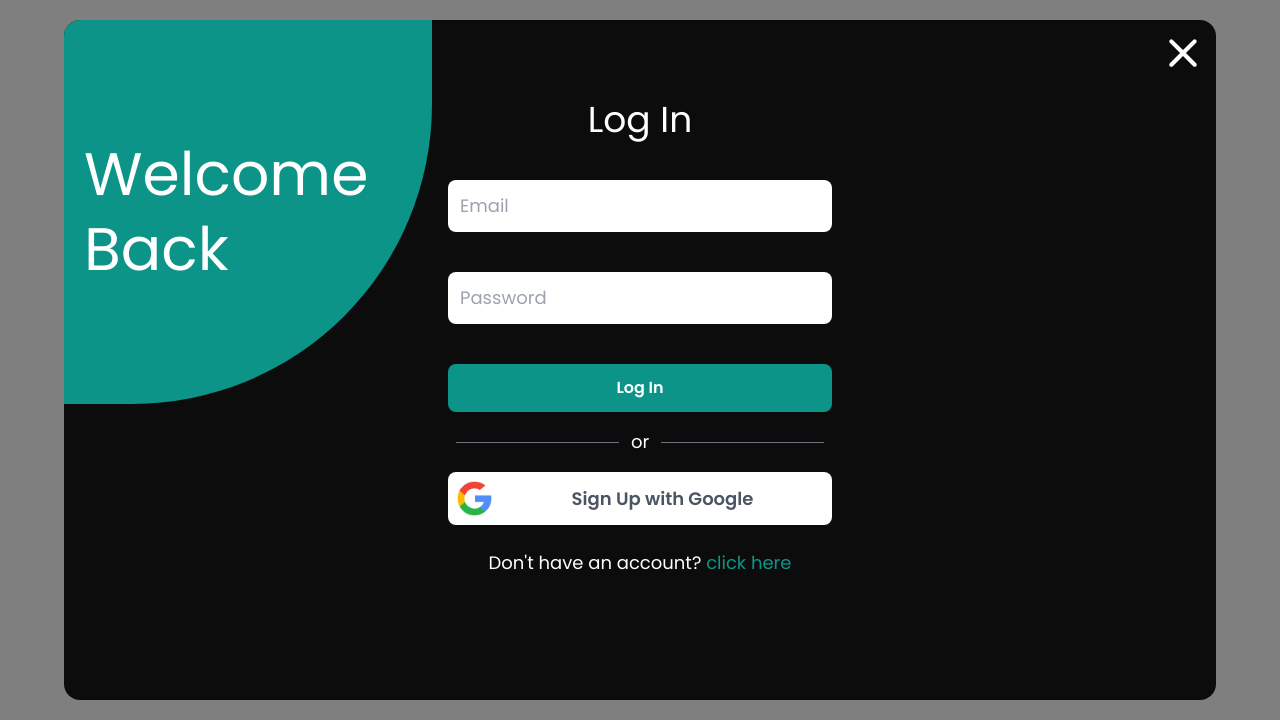
Repository: Ahmed77669/GT-Exams
Page: /
An editor plug-in stored every save of this project. The page is shown before and after the next save, followed by the edit.
The browser window is 1280 px wide. The pictures show the whole page.
The project was rebuilt for these pictures with package versions that can differ from the ones it lists, and the page was loaded fresh each time. The framework's server and built-in components were replaced by stand-ins that run in the browser. Also part of the build but not shown: next.config.mjs.

Above is the page before, as saved 2024-10-04 21:07:55.

After the next save:
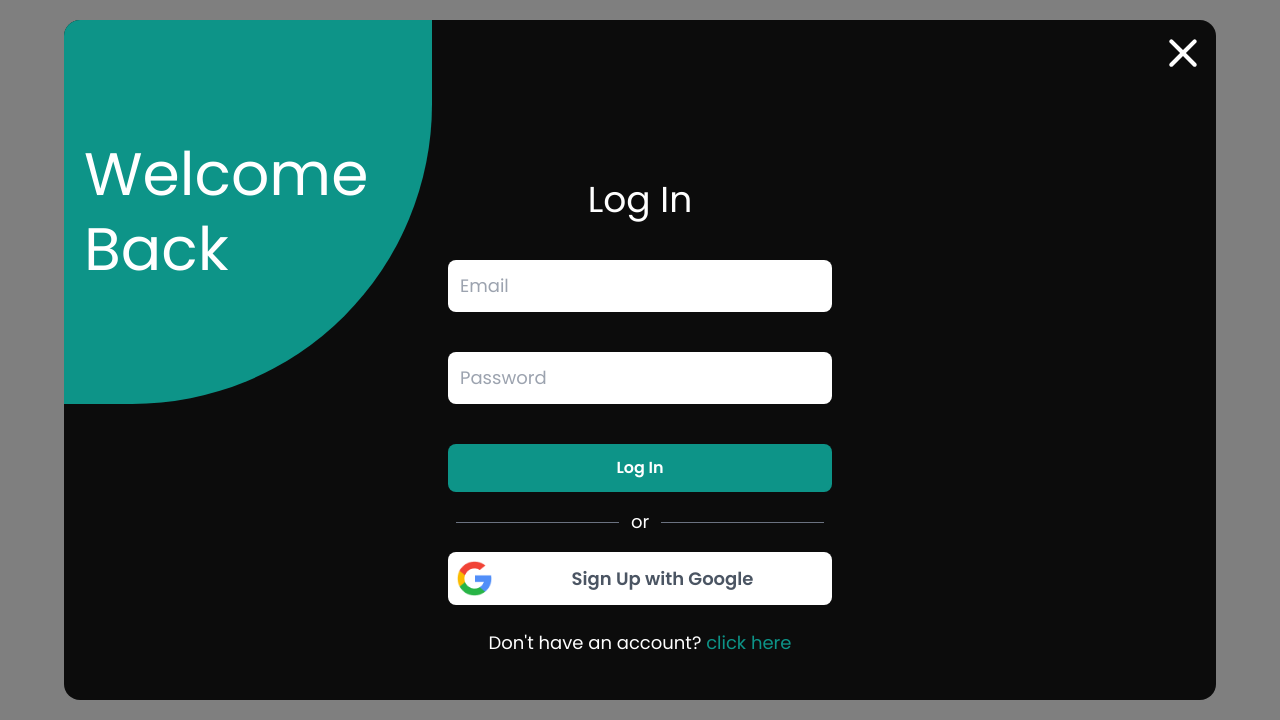
Saved 5 min 20 s later.
--- a/components/login.tsx
+++ b/components/login.tsx
@@ -43,7 +43,7 @@ const Login: React.FC<LoginProps> = ({ closeSignup, toggleForm }) => {
               <div className="bg-teal-600 w-full h-96 rounded-tl-2xl rounded-br-[300px] flex items-center">
                 <h1 className="text-6xl ml-5 leading-[1.25]">Welcome Back</h1>
               </div>
-              <div className="flex flex-col items-center justify-center mt-20">
+              <div className="flex flex-col items-center justify-center mt-40">
                 <p className="text-center mb-10 text-4xl">Log In</p>
                 <form className="flex flex-col items-center" onSubmit={handleSubmit}>
                   <input
